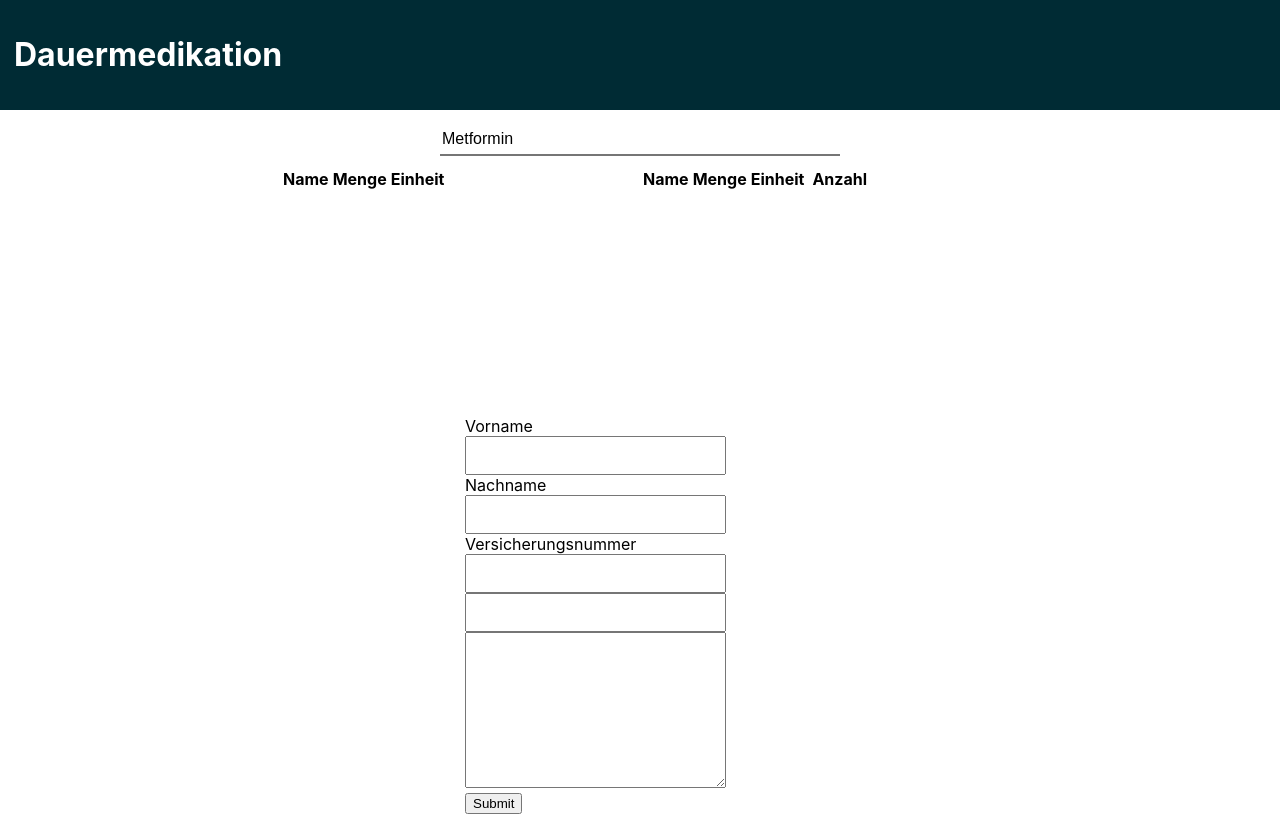
Repository: Esatollah/MedDemo
Page: / (app in client/)
These files come from the project's save history. The page is drawn as it stood at one moment and after the next save; the edit follows.
The browser window is 1280 px wide. The pictures show the whole page.
The page's requests for data from a server got no answer. The project was rebuilt for these pictures with package versions that can differ from the ones it lists, and the page was loaded fresh each time. No one was signed in, and anything a server would have sent is missing. Also part of the build but not shown: client/src/Routes/Bestellungen.jsx.

Above is the page before, as saved 2022-06-10 16:03:09.

After the next save:
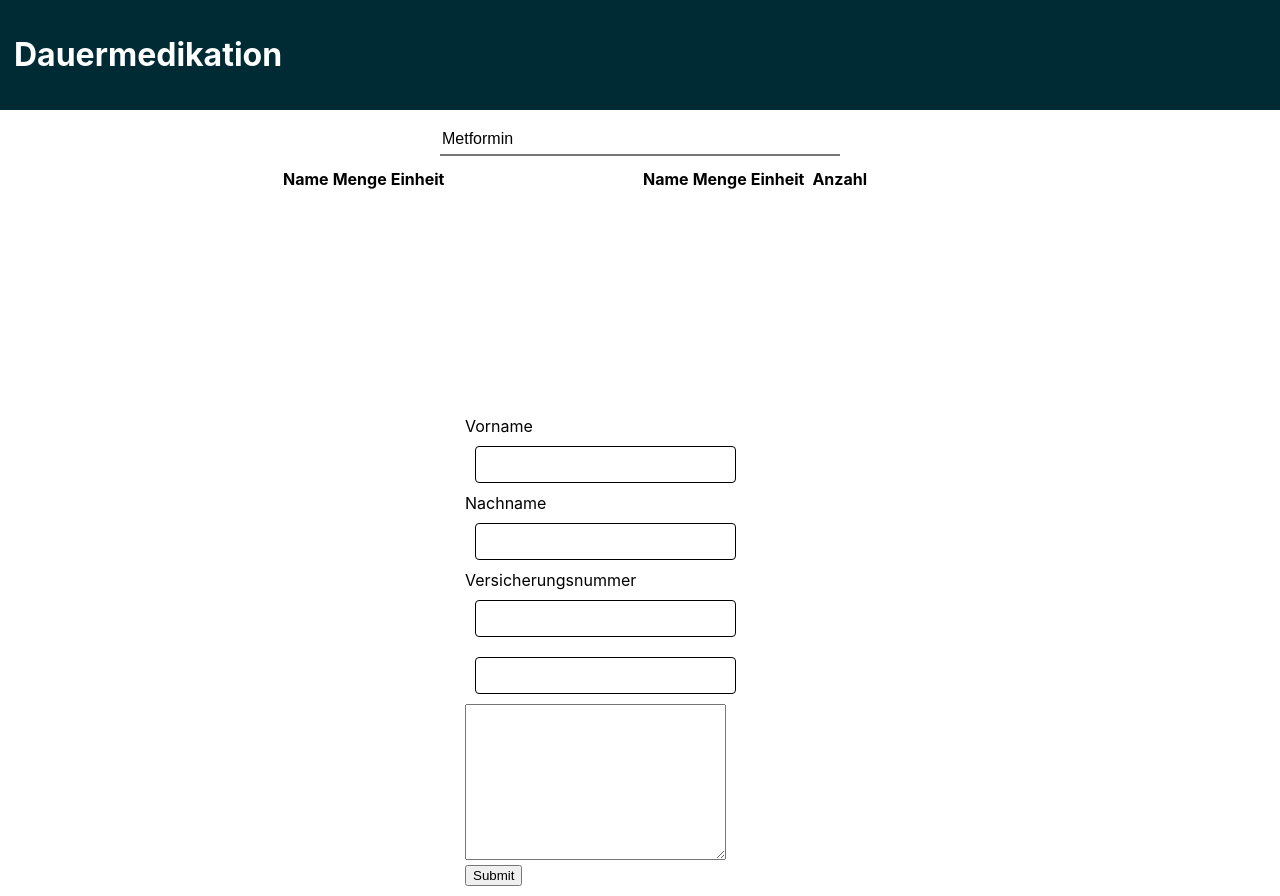
Saved 47 s later.
--- a/client/src/Styles/FormStyles.js
+++ b/client/src/Styles/FormStyles.js
@@ -12,5 +12,8 @@ export const FormWrap = styled.div`
         width: 100%;
         padding: 10px;
         box-sizing: border-box;
+        border-radius: 4px;
+        border: .5px solid;
+        margin: 10px;
     }
 `;
